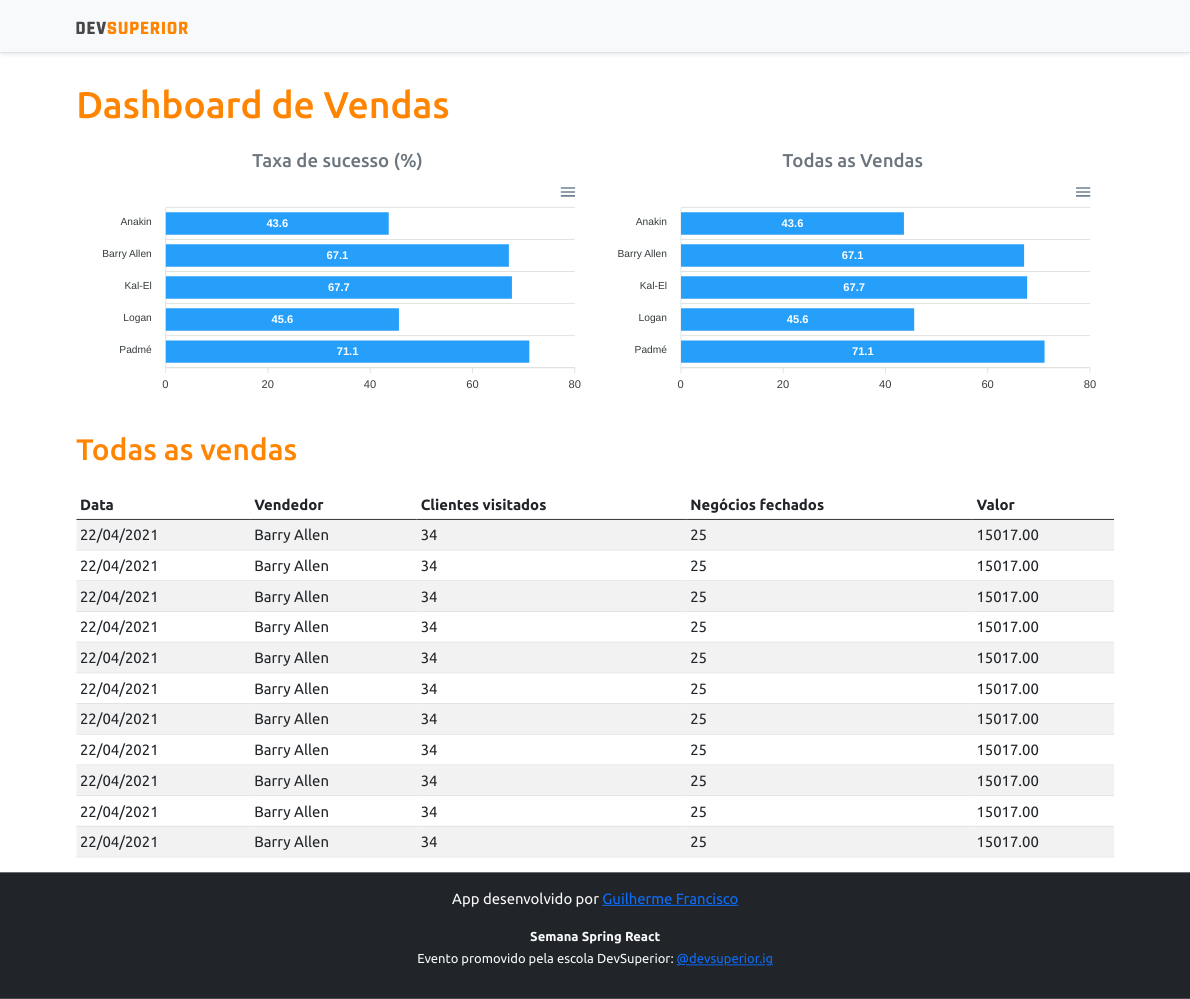
Repository: GuilhermeFrancisc0/projeto-react_spring
Page: / (app in frontend/)
An editor plug-in stored every save of this project. The page is shown before and after the next save, followed by the edit.
The browser window is 1280 px wide. The pictures show the whole page, at 93% of full size.
The project was rebuilt for these pictures with package versions that can differ from the ones it lists, and the page was loaded fresh each time.

Above is the page before, as saved 2021-05-30 16:40:35.

After the next save:
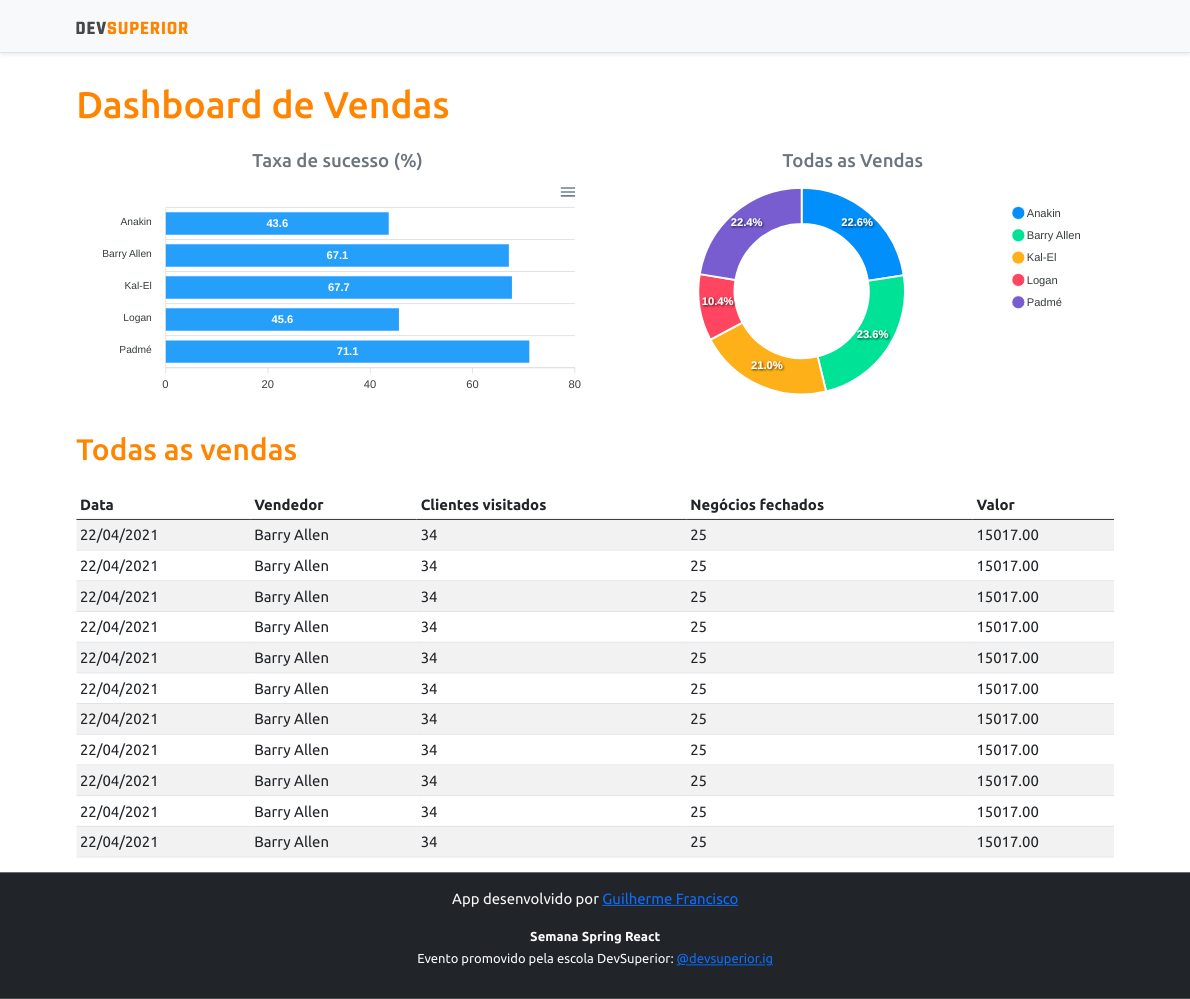
Saved 17 s later.
--- a/frontend/src/App.tsx
+++ b/frontend/src/App.tsx
@@ -1,32 +1,33 @@
-import BarChart from 'components/BarChart';
-import DataTable from 'components/DataTable';
-import Footer from 'components/Footer';
-import NavBar from './components/NavBar';
+import BarChart from "components/BarChart";
+import DataTable from "components/DataTable";
+import DonutChart from "components/DonutChart";
+import Footer from "components/Footer";
+import NavBar from "./components/NavBar";
 
 function App() {
   return (
     <>
-    <NavBar/>
-    <div className="container">
-      <h1 className="text-primary py-3">Dashboard de Vendas</h1>
-      <div className="row px-3">
-        <div className='col-sm-6'>
-          <h5 className="text-center text-secondary">Taxa de sucesso (%)</h5>
-          <BarChart/>
+      <NavBar />
+      <div className="container">
+        <h1 className="text-primary py-3">Dashboard de Vendas</h1>
+        <div className="row px-3">
+          <div className="col-sm-6">
+            <h5 className="text-center text-secondary">Taxa de sucesso (%)</h5>
+            <BarChart />
+          </div>
+          <div className="col-sm-6">
+            <h5 className="text-center text-secondary">Todas as Vendas</h5>
+            <DonutChart />
+          </div>
         </div>
-        <div className='col-sm-6'>
-          <h5 className="text-center text-secondary">Todas as Vendas</h5>
-          <BarChart/>
+        <div>
+          <div className="py-3">
+            <h2 className="text-primary">Todas as vendas</h2>
+          </div>
         </div>
+        <DataTable />
       </div>
-      <div>
-        <div className='py-3'>
-          <h2 className="text-primary">Todas as vendas</h2>
-        </div>
-      </div>
-      <DataTable/>
-    </div>
-    <Footer/>
+      <Footer />
     </>
   );
 }
